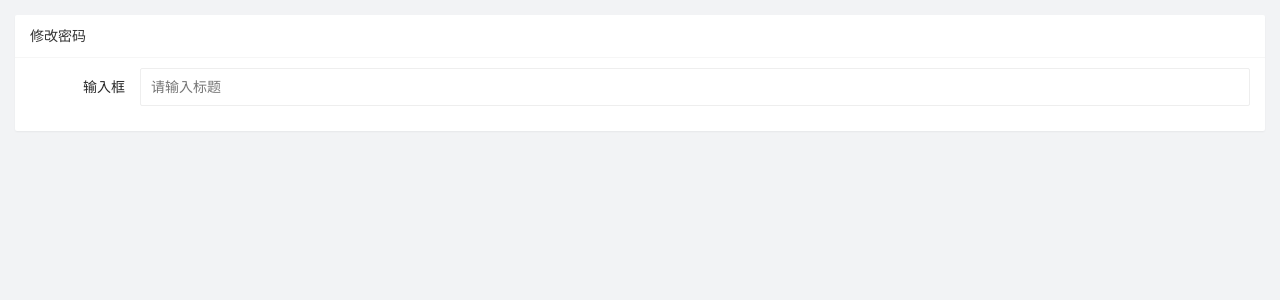
Repository: 1zhoukexin/web_aad
Page: user/user_pwd.html
An editor plug-in stored every save of this project. The page is shown before and after the next save, followed by the edit.
The browser window is 1280 px wide. The pictures show the whole page.

Above is the page before, as saved 2021-04-17 13:48:06.

### user/user_pwd.html
<!DOCTYPE html>
<html lang="en">

<head>
    <meta charset="UTF-8">
    <meta http-equiv="X-UA-Compatible" content="IE=edge">
    <meta name="viewport" content="width=device-width, initial-scale=1.0">
    <title>Document</title>
    <link rel="stylesheet" href="/assets/lib/layui/css/layui.css">
    <link rel="stylesheet" href="/assets/css/user/user_pwd.css">
</head>

<body>
    <!-- 卡片区域 -->
    <div class="layui-card">
        <div class="layui-card-header">修改密码</div>
        <div class="layui-card-body">
            <form class="layui-form" action="">
                <div class="layui-form-item">
                    <label class="layui-form-label">输入框</label>
                    <div class="layui-input-block">
                        <input type="text" name="title" required lay-verify="required" placeholder="请输入标题" autocomplete="off" class="layui-input">
                    </div>
                </div>
        </div>
    </div>
</body>

</html>

Loaded but not shown: assets/lib/layui/css/layui.css (library); assets/css/user/user_pwd.css (common file)

After the next save:
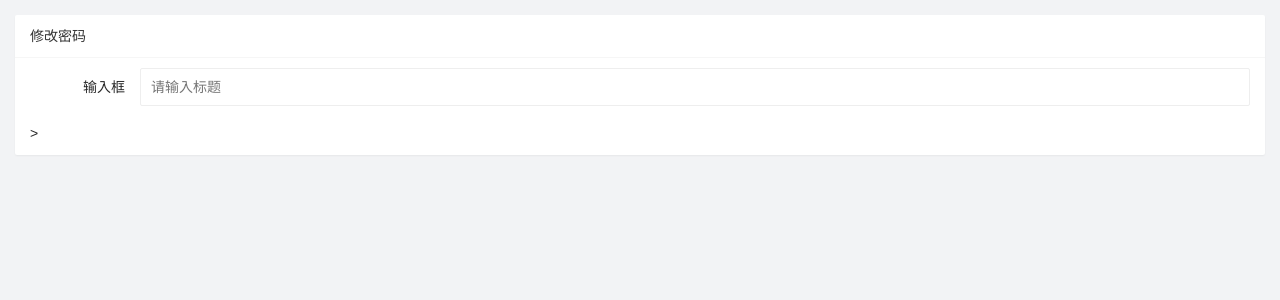
Saved 4 min 40 s later.
--- a/user/user_pwd.html
+++ b/user/user_pwd.html
@@ -22,6 +22,7 @@
                         <input type="text" name="title" required lay-verify="required" placeholder="请输入标题" autocomplete="off" class="layui-input">
                     </div>
                 </div>
+            </form>>
         </div>
     </div>
 </body>
